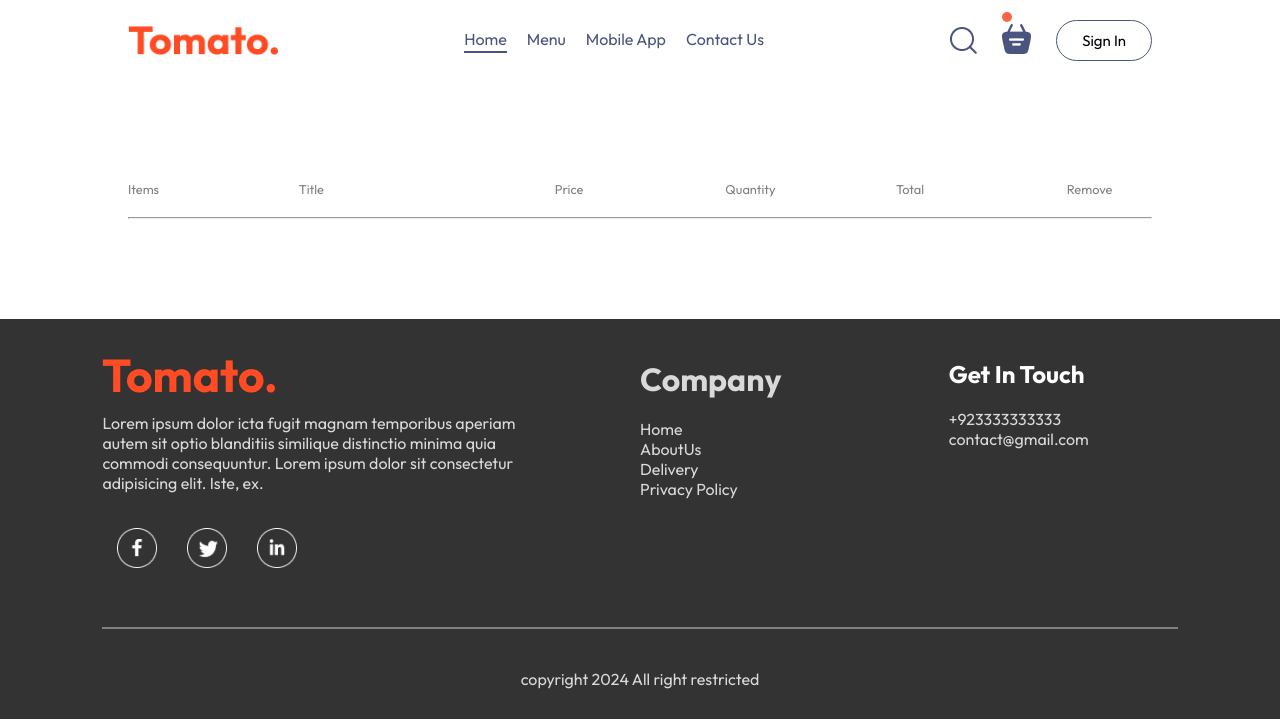
Repository: Attar786/Food-ordering-app
Page: /cart (app in frontend/)
The author's editor kept a copy of each file at every save. The page is drawn from the files as they stood at one save, then again after the next save.
The browser window is 1280 px wide. The pictures show the whole page.
The project was rebuilt for these pictures with package versions that can differ from the ones it lists, and the page was loaded fresh each time. Also part of the build but not shown: frontend/vite.config.js, frontend/src/components/Header/Header.css, frontend/src/components/Header/Header.jsx, frontend/src/components/ExploreMenu/ExploreMenu.css, frontend/src/components/ExploreMenu/ExploreMenu.jsx, frontend/src/components/FoodDisplay/FoodDisplay.css, frontend/src/components/FoodItem/FoodItem.css, frontend/src/components/FoodItem/FoodItem.jsx and 8 more.

Above is the page before, as saved 2024-07-30 15:15:46.

After the next save:
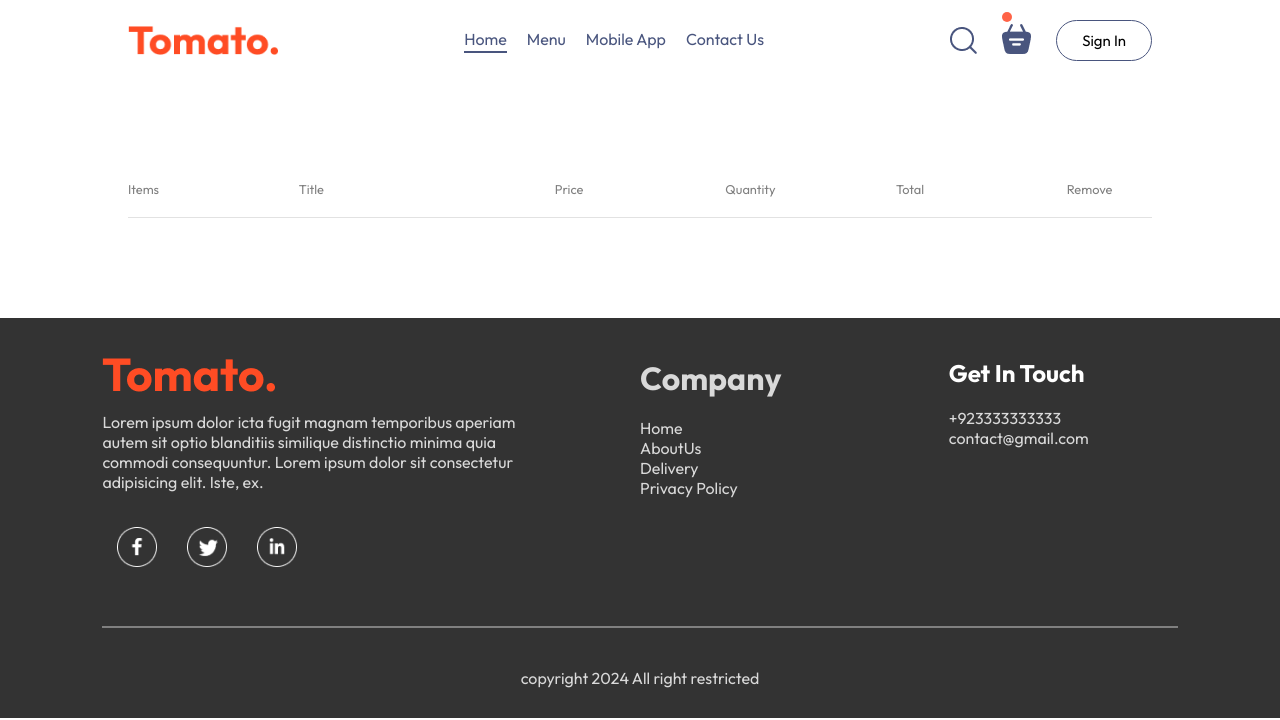
Saved 72 s later.
--- a/frontend/src/pages/Cart/Cart.css
+++ b/frontend/src/pages/Cart/Cart.css
@@ -17,3 +17,8 @@
     /* border-radius: px; */
     border: 1px solid black;
 }
+.Cart hr{
+    height: 1px;
+    background-color: #e2e2e2;
+    border: none;
+}
